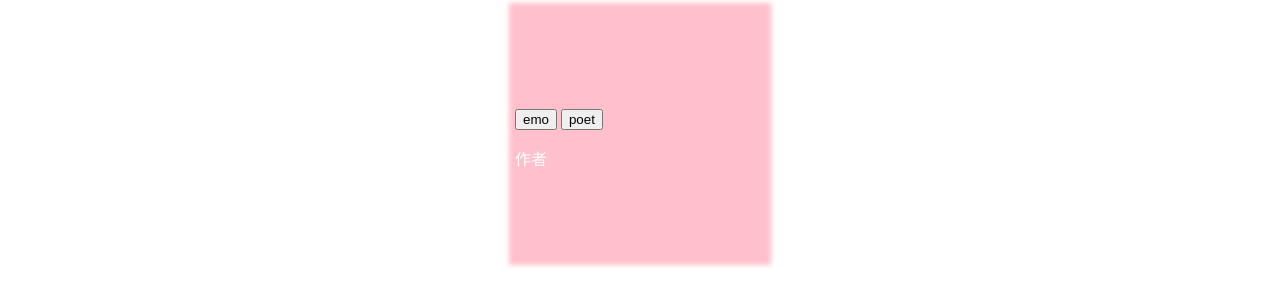
Repository: Bluesouls/eliauk.github.io
Page: Ajax学习笔记/day01/code/index.html
The author's editor kept a copy of each file at every save. The page is drawn from the files as they stood at one save, then again after the next save.
The browser window is 1280 px wide. The pictures show the whole page.

Above is the page before, as saved 2022-04-24 16:19:36.

After the next save:
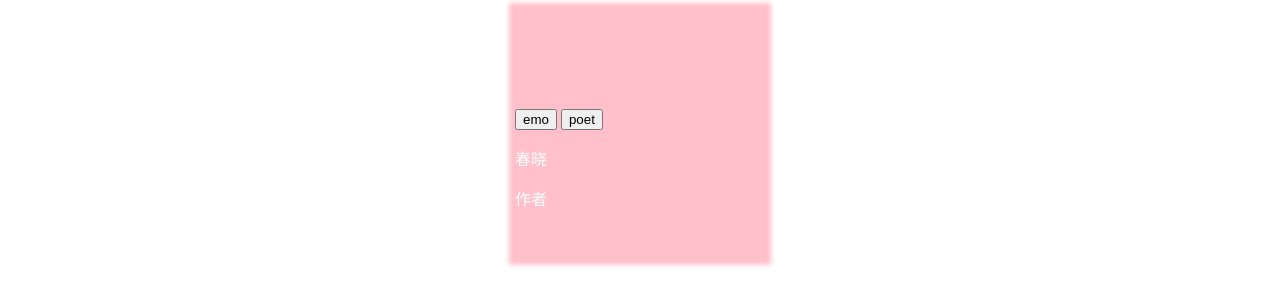
Saved 75 s later.
--- a/Ajax学习笔记/day01/code/index.html
+++ b/Ajax学习笔记/day01/code/index.html
@@ -28,7 +28,9 @@
     <div class="content"></div>
     <button onclick="change()">emo</button>
     <button onclick="change2()">poet</button>
-    <p>作者</p>
+    <p class="title">春晓</p>
+    <p class="author">作者</p>
+    <p class="content"></p>
   </div>
 
   <script>
